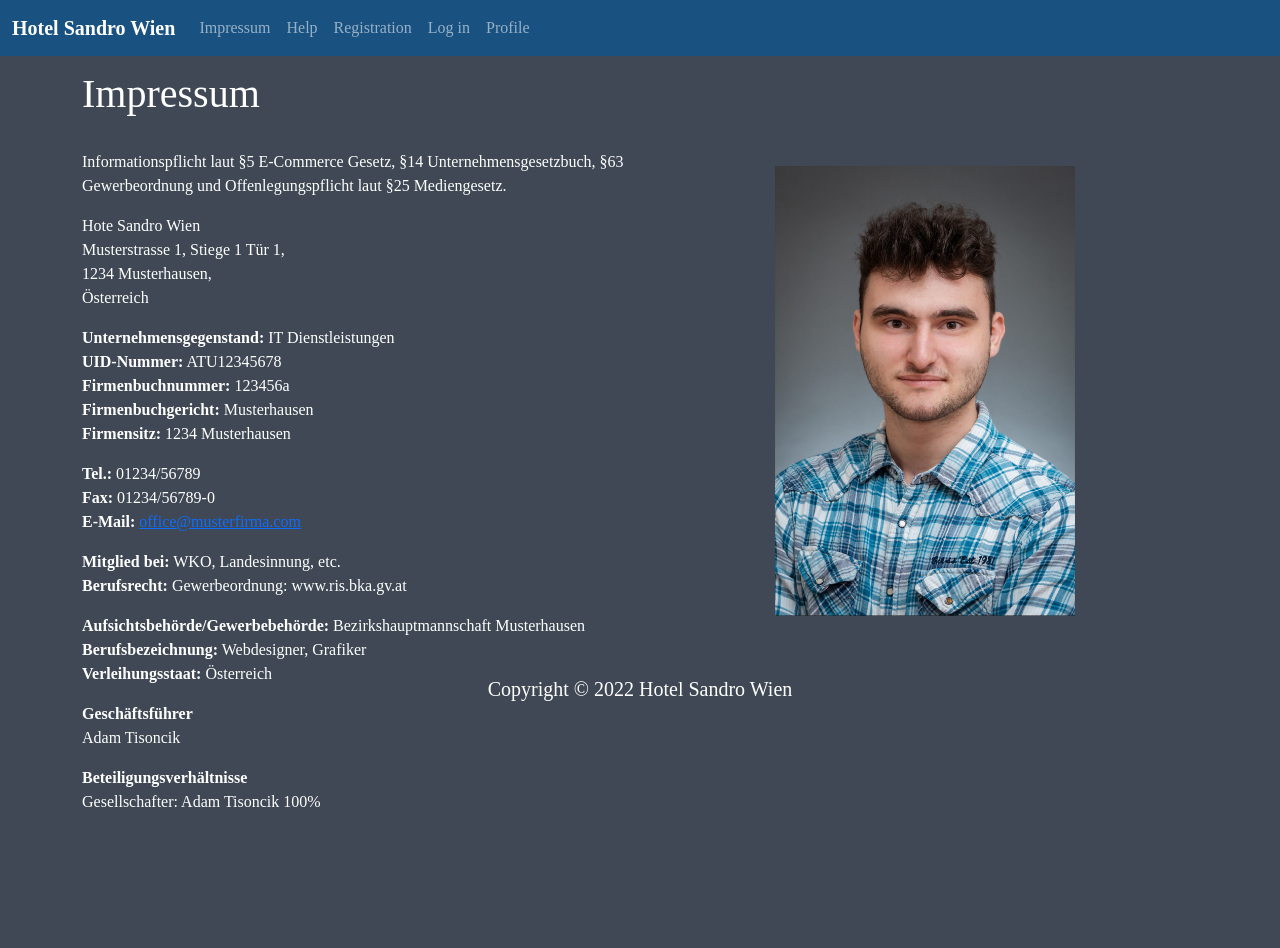
Repository: TIS0N/Hotel_Sandro
Page: http://localhost/inc/impressum.php
The author's editor kept a copy of each file at every save. The page is drawn from the files as they stood at one save, then again after the next save.
The browser window is 1280 px wide. The pictures show the whole page.
The page is run by PHP 8.4 with error messages shown; the project is at /var/www/html/.

Above is the page before, as saved 2023-01-10 19:49:01.

### inc/impressum.php
<!DOCTYPE html>
<html lang="en">
<head>
    <meta charset="UTF-8">
    <meta http-equiv="X-UA-Compatible" content="IE=edge">
    <meta name="viewport" content="width=device-width, initial-scale=1.0">
    <link href="https://cdn.jsdelivr.net/npm/bootstrap@5.2.2/dist/css/bootstrap.min.css" rel="stylesheet" integrity="sha384-Zenh87qX5JnK2Jl0vWa8Ck2rdkQ2Bzep5IDxbcnCeuOxjzrPF/et3URy9Bv1WTRi" crossorigin="anonymous">
    <script src="https://cdn.jsdelivr.net/npm/bootstrap@5.2.2/dist/js/bootstrap.bundle.min.js" integrity="sha384-OERcA2EqjJCMA+/3y+gxIOqMEjwtxJY7qPCqsdltbNJuaOe923+mo//f6V8Qbsw3" crossorigin="anonymous"></script>
    <link rel="stylesheet" href="../res/css/stylesheet.css">
    <title>Hotel Sandro Wien - Impressum</title>
</head>
<body id="body">

<?php
include "../inc/navigation.php";
include "./footer.php";
?>

    <div class="container text-start" id="impressum">
        <div class="row align-items-start">
            <div class="col">
                <h1>Impressum</h1><br>


                <p>
                    Informationspflicht laut §5 E-Commerce Gesetz, §14 Unternehmensgesetzbuch, §63 Gewerbeordnung und Offenlegungspflicht laut §25 Mediengesetz.
                </p>
                <p>
                    Hote Sandro Wien<br>
                    Musterstrasse 1, Stiege 1 Tür 1, <br>
                    1234 Musterhausen, <br>
                    Österreich
                </p>
                <p>
                    <strong>Unternehmensgegenstand:</strong> IT Dienstleistungen<br>
                    <strong>UID-Nummer:</strong> ATU12345678<br>
                    <strong>Firmenbuchnummer:</strong> 123456a<br>
                    <strong>Firmenbuchgericht:</strong> Musterhausen<br>
                    <strong>Firmensitz:</strong> 1234 Musterhausen
                </p>
                <p>
                    <strong>Tel.:</strong> 01234/56789<br>
                    <strong>Fax:</strong> 01234/56789-0<br>
                    <strong>E-Mail:</strong> <a href="mailto:office@musterfirma.com">office@musterfirma.com</a>
                </p>
                <p>
                    <strong>Mitglied bei:</strong> WKO, Landesinnung, etc.<br>
                    <strong>Berufsrecht:</strong> Gewerbeordnung: www.ris.bka.gv.at
                </p>

                <p>
                    <strong>Aufsichtsbehörde/Gewerbebehörde:</strong> Bezirkshauptmannschaft Musterhausen<br>
                    <strong>Berufsbezeichnung:</strong> Webdesigner, Grafiker<br>
                    <strong>Verleihungsstaat:</strong> Österreich
                </p>
                <p>
                    <strong>Geschäftsführer</strong>
                    <br/>Adam Tisoncik
                </p>
                <p>
                    <strong>Beteiligungsverhältnisse</strong><br>
                    Gesellschafter: Adam Tisoncik 100%
                </p>
            </div>
            <div class="col" style="text-align: center;">
            <br><br><br><br>
                <img src="../res/img/AdamTisoncik.jpg" alt="Profile photo of Adam Tisoncik" width="300" height="450">
            </div>
        </div>
    </div>
</body>
</html>

### inc/navigation.php
<?php
    if(file_exists("./index.php")){
        $includePath = ".";
    }
    else{
        $includePath = "..";
    }
?>

<div id="navBar">
        <nav class="navbar fixed-top navbar-expand-lg navbar-dark" style="background-color: #195181;">
            <div class="container-fluid">
                <a class="navbar-brand" href= <?php echo "$includePath/index.php"?> style="color: rgb(255, 255, 255);"><strong>Hotel Sandro Wien</strong></a>
                <button class="navbar-toggler" type="button" data-bs-toggle="collapse" data-bs-target="#navbarNav" aria-controls="navbarNav" aria-expanded="false" aria-label="Toggle navigation">
                    <span class="navbar-toggler-icon"></span>
                </button>
                <div class="collapse navbar-collapse" id="navbarNav">
                    <ul class="navbar-nav">
                        <li class="nav-item">
                            <a class="nav-link"href= <?php echo "$includePath/inc/impressum.php"?> class="navbar-brand">Impressum</a>
                        </li>
                        <li class="nav-item">
                            <a class="nav-link" href=<?php echo "$includePath/inc/help.php"?> class="navbar-brand">Help</a>
                        </li>
                        <li class="nav-item">
                            <a class="nav-link" href=<?php echo "$includePath/inc/registration.php"?> class="navbar-brand">Registration</a>
                        </li>
                        <li class="nav-item">
                            <a class="nav-link" href=<?php echo "$includePath/inc/login.php"?> class="navbar-brand">Log in</a>
                        </li>
                        <li class="nav-item">
                            <a class="nav-link" href=<?php echo "$includePath/inc/profile.php"?> class="navbar-brand">Profile</a>
                        </li>

                    </ul>
                </div>
            </div>
        </nav>
    </div>

### inc/footer.php
<footer class="--bs-primary-bg-subtle text-white text-center justify-content-center fixed-bottom">
      <div class="container">
        <p class="lead">Copyright &copy; 2022 Hotel Sandro Wien</p>

        <a href="index.php" class="position-absolute bottom-0 end-0 p-5">
          <i class="bi bi-arrow-up-circle h1"></i>
        </a>
      </div>
    </footer>

### res/css/stylesheet.css
body{
    /*background-color: rgb(63, 72, 84);*/
    background-color:rgb(63, 72, 84);
    color: white;
    padding-top: 70px;
    padding-bottom: 70px;
    text-align: center;
    font-family: cursive;
}

#hotelSandroPhoto{
    width: 600px;
    height: 450px;
}

#formular{
    background-color: #195181;
    border-radius: 10px;
    border-color: rgb(255, 255, 255);
    border-style: double;
}

After the next save:
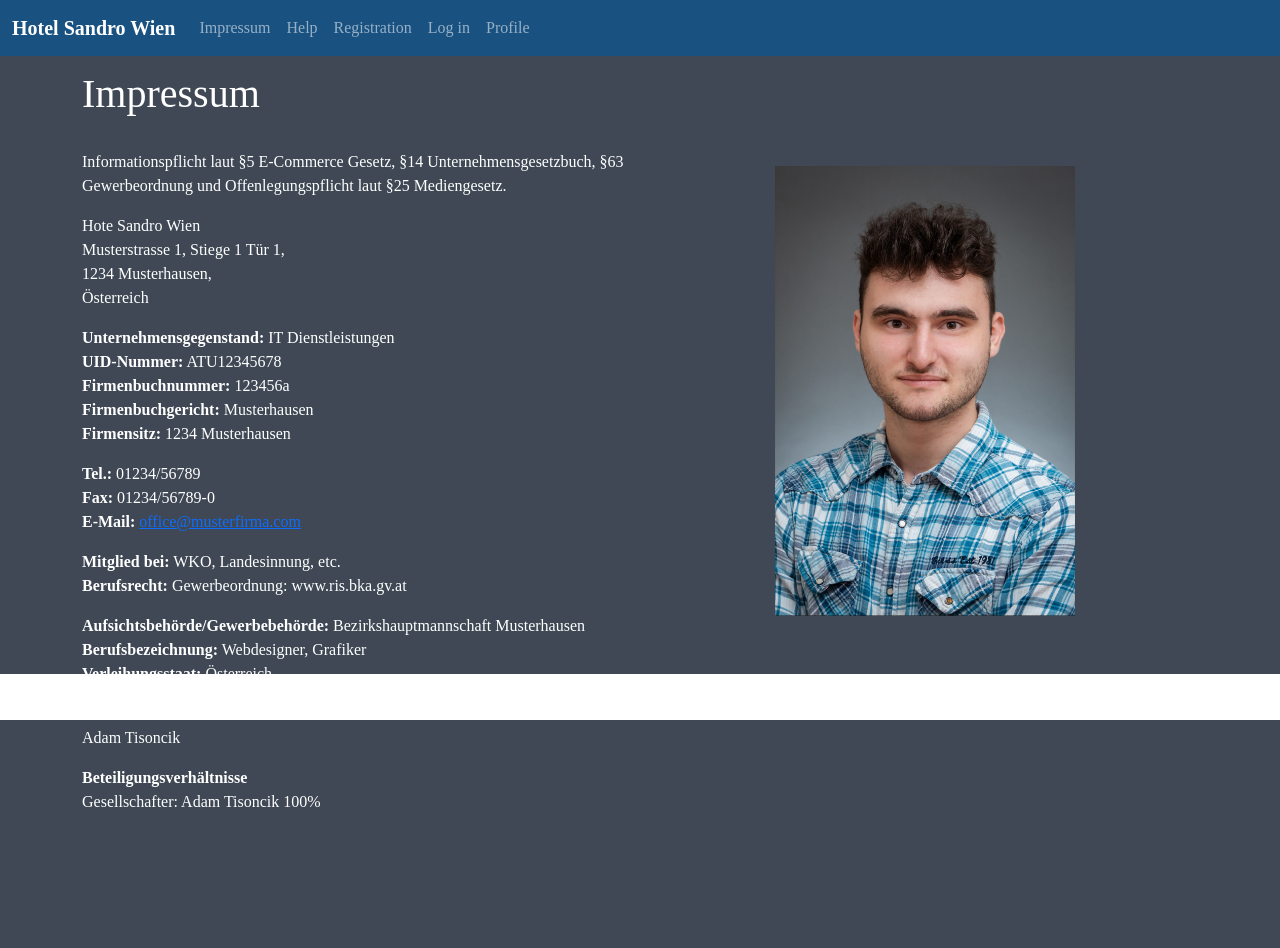
Saved 104 s later.
--- a/inc/footer.php
+++ b/inc/footer.php
@@ -1,4 +1,4 @@
-<footer class="--bs-primary-bg-subtle text-white text-center justify-content-center fixed-bottom">
+<footer class="bg-white text-white text-center justify-content-center fixed-bottom">
       <div class="container">
         <p class="lead">Copyright &copy; 2022 Hotel Sandro Wien</p>
 
